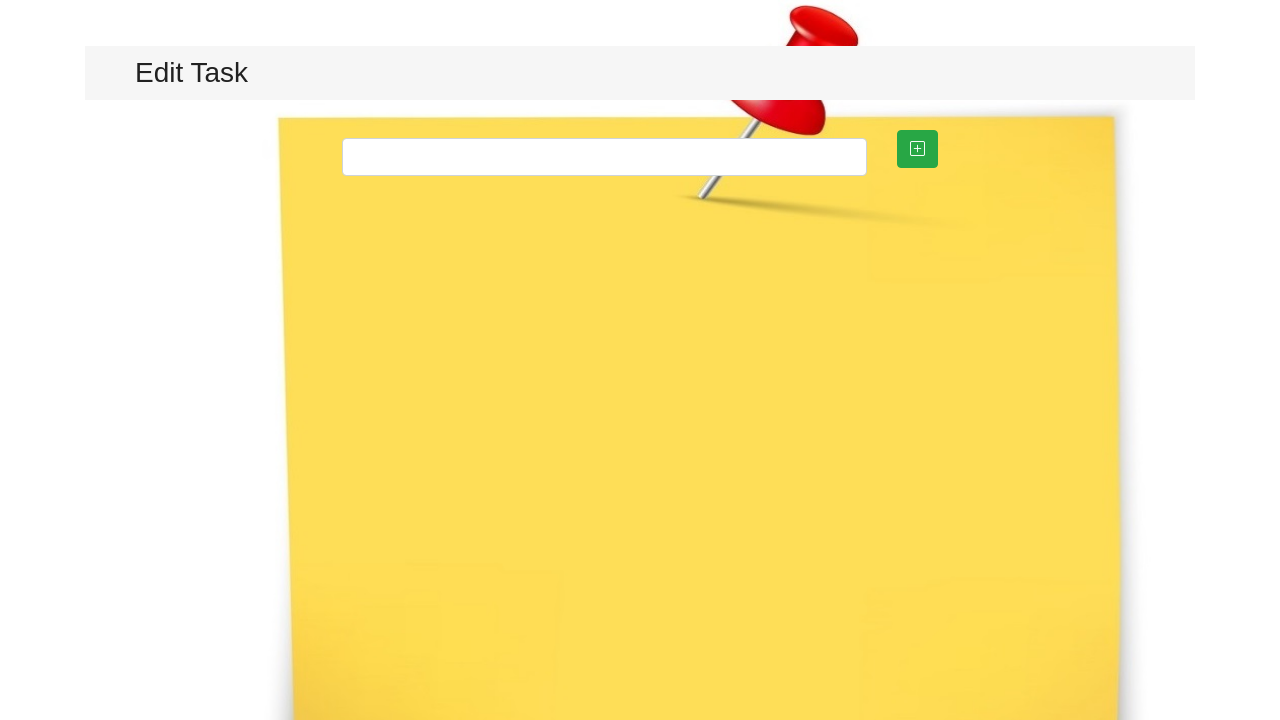
Repository: walaaElbasha/Todo-list-laravel
Page: http://localhost/tasks
The author's editor kept a copy of each file at every save. The page is drawn from the files as they stood at one save, then again after the next save.
The browser window is 1280 px wide. The pictures show the whole page.
The page is served by the project's Laravel application, run on PHP 8.4 with Laravel 8. Other server files are loaded and not shown. Style sheets and scripts are compiled from the project's sources, by tool versions that may differ from the author's. Queries for data that is not in the repository find no rows.

Above is the page before, as saved 2021-07-01 14:31:26.

### routes/web.php
<?php

use Illuminate\Support\Facades\Route;
use App\Http\Controllers\TaskController;
/*
|--------------------------------------------------------------------------
| Web Routes
|--------------------------------------------------------------------------
|
| Here is where you can register web routes for your application. These
| routes are loaded by the RouteServiceProvider within a group which
| contains the "web" middleware group. Now create something great!
|
*/

Route::get('/', function () {
    return view('welcome');
});

Route::get('/tasks', [TaskController::class, 'index'])->name('tasks.index');
Route::post('/tasks', [TaskController::class, 'store'])->name('tasks.store');
Route::get('/tasks/{task}/edit', [TaskController::class, 'edit'])->name('tasks.edit');
Route::put('/tasks/{task}', [TaskController::class, 'update'])->name('tasks.update');
Route::delete('/tasks/{task}', [TaskController::class, 'destroy'])->name('tasks.destroy');

### app/Http/Controllers/TaskController.php
<?php

namespace App\Http\Controllers;
use Illuminate\Http\Request;
use App\Http\Requests\TaskRequest;
use App\Models\Task;


class TaskController extends Controller

{

    public function index()
    {
        $allTasks = Task::paginate(5);

        return view('tasks.index', [
            'allTasks' => $allTasks
        ]);
    }

    public function edit($taskId)
    {
        $task = Task::find($taskId);
        return view('tasks.edit', [
            'task' => $task,
        ]);
    }
    public function update($taskId, TaskRequest $request)
    {


        // $requestData = $request->all();

        // $task = Task::find($taskId);
        // $task->update($requestData);
        // $task->save();

        $requestData = $request->all();
        $task = Task::find($taskId);
        $task->update($requestData);
        $task->save();
        return redirect()->route('tasks.index')->with('success', "TODO updated successfully!");
    }

    public function destroy($taskId)
    {

        $task = Task::findorfail($taskId);

        $task->delete();
        return redirect()->route('tasks.index');
    }



    public function store(TaskRequest $request)
    {

        // $requestData = $request->all();
        // Task::create($requestData);

        $task = new Task;
        $task->name = $request->name;
        $task->save();
        return redirect()->route('tasks.index');
    }

}

### resources/views/tasks/index.blade.php
@extends('layouts.app')

@section('content')

<!-- Bootstrap Boilerplate... -->
<div>

    <div class="container" style=" justify-content:center; align-items:center">
        <h1 style="
            color: rgb(33, 33, 33);
            background-color: rgb(246, 246, 246) ;
            margin-top: 30px;
            margin-bottom: 30px;
            padding-inline: 20px;
            padding-top: 10px;
            padding-bottom: 10px;
            font-size: 28px;
            font-family: sans-serif;
            padding-left: 50px;
            "
          >
            Edit Task
        </h1>
        <!-- Display Validation Errors -->
        <ul>
            @foreach($allTasks as $task)

            <li>

                <div style="display:flex">
                    <!-- <div style="justify-content:flex-start"> -->
                    {{ $task->name}}

                    <!-- </div> -->
                    <div style="justify-content:flex-end">

                        <a href="{{ route('tasks.edit',['task' => $task['id']]) }}" class="btn btn-secondary" style="margin-bottom: 20px;"><i class="bi bi-pencil-square"></i>


                        </a>

                        <form style="display:inline" method="POST" action="{{route('tasks.destroy',['task' => $task['id']])}}">
                            @csrf
                            @method('DELETE')
                            <button onclick="return confirm('Are you sure?')" class="btn btn-danger" type="submit" style="margin-bottom: 20px;"><i class="bi bi-trash-fill"></i></button>
                        </form>
                    </div>
                </div>
                <br>
            </li>
            @endforeach
        </ul>
        <!-- New Task Form -->
        <form action="{{ route('tasks.store') }}" method="POST" class="form-horizontal">
            @csrf

            <!-- Task Name -->
            <div class="form-group">
                <div class="text-center" style="display:flex; justify-content:center; align-items:center">
                    {{$allTasks->links("pagination::bootstrap-4")}}

                </div>

                @if($errors->any())
                <div class="alert alert-danger">
                    <ul>
                        @foreach ($errors->all() as $error)
                        <li>{{ $error }}</li>
                        @endforeach
                    </ul>
                </div>
                @endif
                <div style="display:flex; justify-content:center; align-items:center">
                    <div class="col-sm-6">
                        <input type="text" name="name" id="name" class="form-control">
                    </div>

                    <div class="form-group">
                        <div class="col-sm-offset-3 col-sm-6">
                            <button type="submit" class="btn btn-success">
                                <span style="font-size:15px"><i class="bi bi-plus-square"></i> </span>
                            </button>
                        </div>
                    </div>
                </div>
            </div>
        </form>
    </div>
</div>



<!-- TODO: Current Tasks -->
@endsection

### resources/views/layouts/app.blade.php
<!DOCTYPE html>
<html lang="en">

<head>
    <meta charset="utf-8">
    <meta name="viewport" content="width=device-width, initial-scale=1">

    <!-- CSRF Token -->
    <meta name="csrf-token" content="{{ csrf_token() }}">

    <title>{{ config('app.name', 'All Tasks') }}</title>

    <!-- Scripts -->
    <script src="{{ asset('js/app.js') }}" defer></script>

    <!-- Fonts -->
    <link rel="dns-prefetch" href="//fonts.gstatic.com">
    <link href="https://fonts.googleapis.com/css?family=Nunito" rel="stylesheet">

    <!-- Styles -->
    <link href="{{ asset('css/app.css') }}" rel="stylesheet">
    <link rel="stylesheet" href="https://cdn.jsdelivr.net/npm/bootstrap@4.6.0/dist/css/bootstrap.min.css" integrity="sha384-B0vP5xmATw1+K9KRQjQERJvTumQW0nPEzvF6L/Z6nronJ3oUOFUFpCjEUQouq2+l" crossorigin="anonymous">
    <link rel="stylesheet" href="path/to/font-awesome/css/font-awesome.min.css">
    <link rel="stylesheet" href="https://cdn.jsdelivr.net/npm/bootstrap-icons@1.5.0/font/bootstrap-icons.css">
</head>


<body style="background-image: url('sticky.jpg')  ; background-repeat: no-repeat;
  background-size: 1400px 950px;">
    <div class="container">
        <nav class="navbar navbar-default">
            <!-- Navbar Contents -->
        </nav>
    </div>

    @yield('content')

</body>

</html>

Loaded but not shown: app/Http/Controllers/Controller.php (common file); app/Models/Task.php (common file); resources/sass/app.scss (common file); resources/sass/_variables.scss (common file)

After the next save:
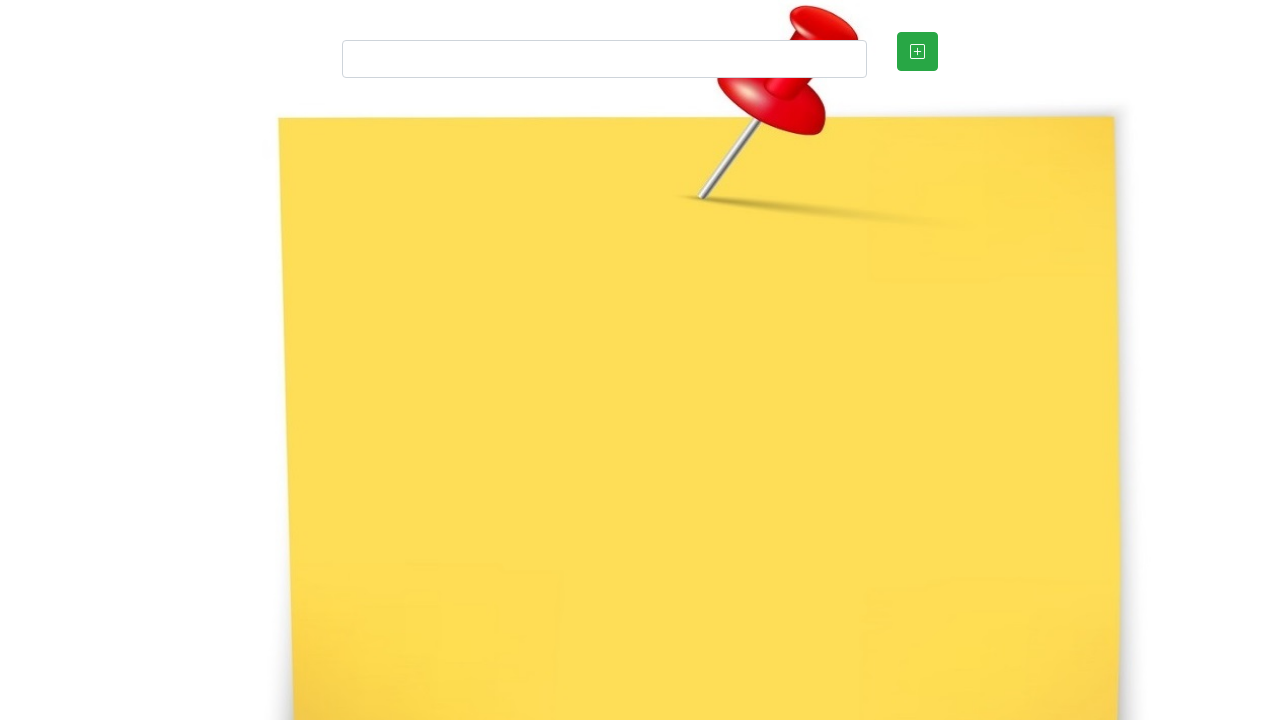
Saved 31 s later.
--- a/resources/views/tasks/index.blade.php
+++ b/resources/views/tasks/index.blade.php
@@ -6,21 +6,7 @@
 <div>
 
     <div class="container" style=" justify-content:center; align-items:center">
-        <h1 style="
-            color: rgb(33, 33, 33);
-            background-color: rgb(246, 246, 246) ;
-            margin-top: 30px;
-            margin-bottom: 30px;
-            padding-inline: 20px;
-            padding-top: 10px;
-            padding-bottom: 10px;
-            font-size: 28px;
-            font-family: sans-serif;
-            padding-left: 50px;
-            "
-          >
-            Edit Task
-        </h1>
+
         <!-- Display Validation Errors -->
         <ul>
             @foreach($allTasks as $task)
